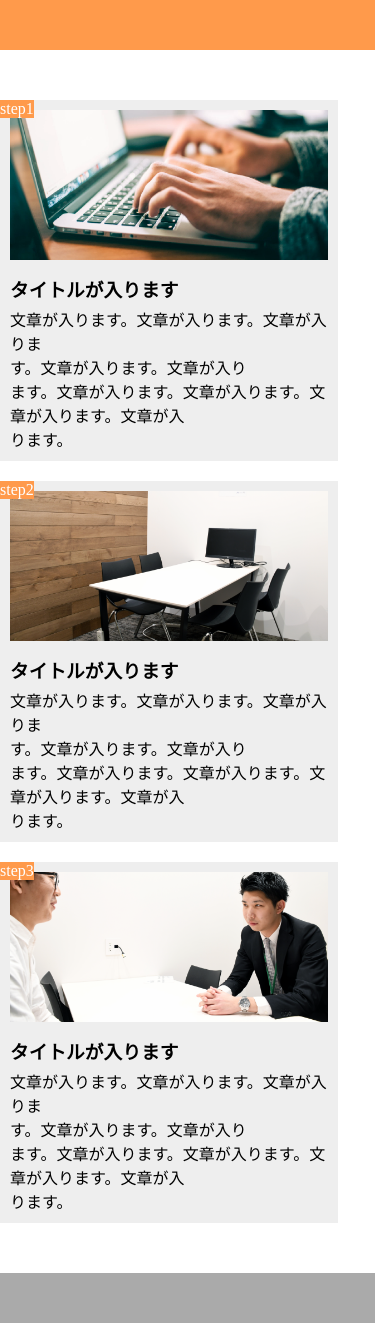
Repository: ryosei-110/HTML-CSS-
Page: KADAI-1/kadai-1.html
The author's editor kept a record of every edit. The page is drawn from the files as they stood at one moment, then again after the next edit.
The browser window is 375 px wide. The pictures show the whole page.

Above is the page before.

### KADAI-1/kadai-1.html
<!DOCTYPE html>
<html lang="ja">
  <head>
    <meta charset="UTF-8" />
    <meta name="viewport" content="width=device-width,initial-scale=1.0">
    <link rel="stylesheet" href="kadai-1.css" />
    <title>課題1</title>
  </head>

  <body>
    <header></header>

    <main>
      <div class="box">
        <div class="box-text">step1</div>
        <div class="image1"></div>
        <h3>タイトルが入ります</h3>
        <p>
          文章が入ります。文章が入ります。文章が入りま<br>
          す。文章が入ります。文章が入り<br>
          ます。文章が入ります。文章が入ります。文章が入ります。文章が入<br>
          ります。
        </p>
      </div>
      <div class="box">
        <div class="box-text">step2</div>
        <div class="image2"></div>
        <h3>タイトルが入ります</h3>
        <p>
          文章が入ります。文章が入ります。文章が入りま<br>
          す。文章が入ります。文章が入り<br>
          ます。文章が入ります。文章が入ります。文章が入ります。文章が入<br>
          ります。
        </p>
      </div>
      <div class="box">
        <div class="box-text">step3</div>
        <div class="image3"></div>
        <h3>タイトルが入ります</h3>
        <p>
          文章が入ります。文章が入ります。文章が入りま<br>
          す。文章が入ります。文章が入り<br>
          ます。文章が入ります。文章が入ります。文章が入ります。文章が入<br>
          ります。
        </p>
      </div>
    </main>

    <footer></footer>
  </body>
  </html>

### KADAI-1/kadai-1.css
* {
  margin: 0;
  padding: 0;
  box-sizing: border-box;
}

header {
  background-color: #ff9a4b;
  width: 100%;
  height: 50px;
}

footer {
  background-color: #aaaaaa;
  width: 100%;
  height: 50px;
  margin-top: 50px;
}

main {
  width: 960px;
  display: flex;
  margin: 50px auto;
}

.box {
  width: 300px;
  margin-right: 30px;
  padding: 10px;
  background-color: #eeeeee;
  position: relative;
}

.box-text {
  position: absolute;
  top: 0;
  left: 0;
  background-color: #ff9a4b;
  color: white;
}

.box:last-child {
  margin-right: 0;
}

.image1 {
  background-image: url(img/flow01.png);
  margin-bottom: 15px;
  height: 150px;
  background-size: cover;
  background-position: bottom center;
}

.image2 {
  background-image: url(img/flow02.png);
  margin-bottom: 15px;
  height: 150px;
  background-size: cover;
  background-position: bottom center;
}

.image3{
  background-image: url(img/flow03.png);
  margin-bottom: 15px;
  height: 150px;
  background-size: cover;
  background-position: bottom center;
}

p {
  margin-top: 5px;
}

.box-text {
  position: absolute;
  top: 0;
  left: 0;
  background-color: #ff9a4b;
  color: white;
}

@media screen and (max-width:425px){

header {
  width: 100%;
}

main {
  width: 100%;
  display: block;
}

.box {
  width: 90%;
  margin-bottom: 20px;
}

.box:last-child {
  margin-bottom: 0;
}



footer {
  width: 100%;
}

}

After the next edit:
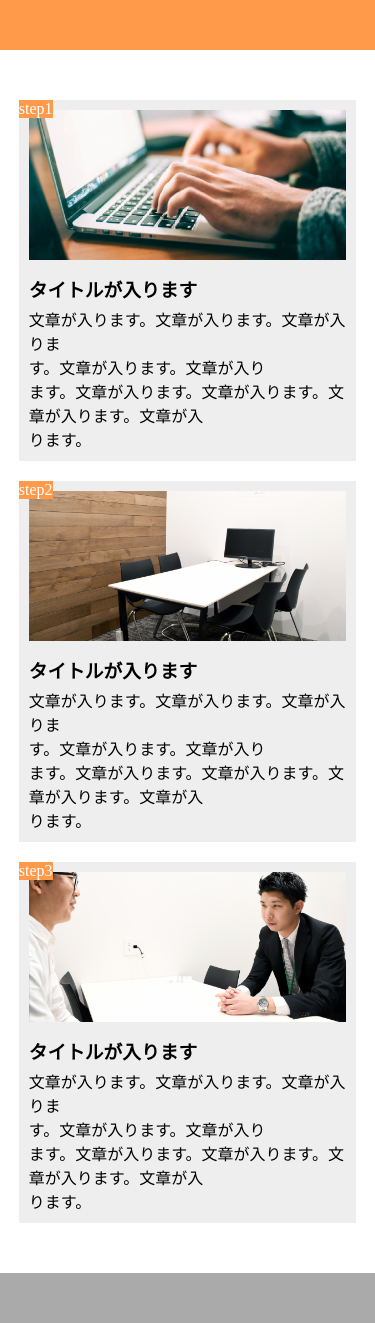
The edit:
--- a/KADAI-1/kadai-1.css
+++ b/KADAI-1/kadai-1.css
@@ -93,6 +93,7 @@
 .box {
   width: 90%;
   margin-bottom: 20px;
+  margin-left: 5%;
 }
 
 .box:last-child {
